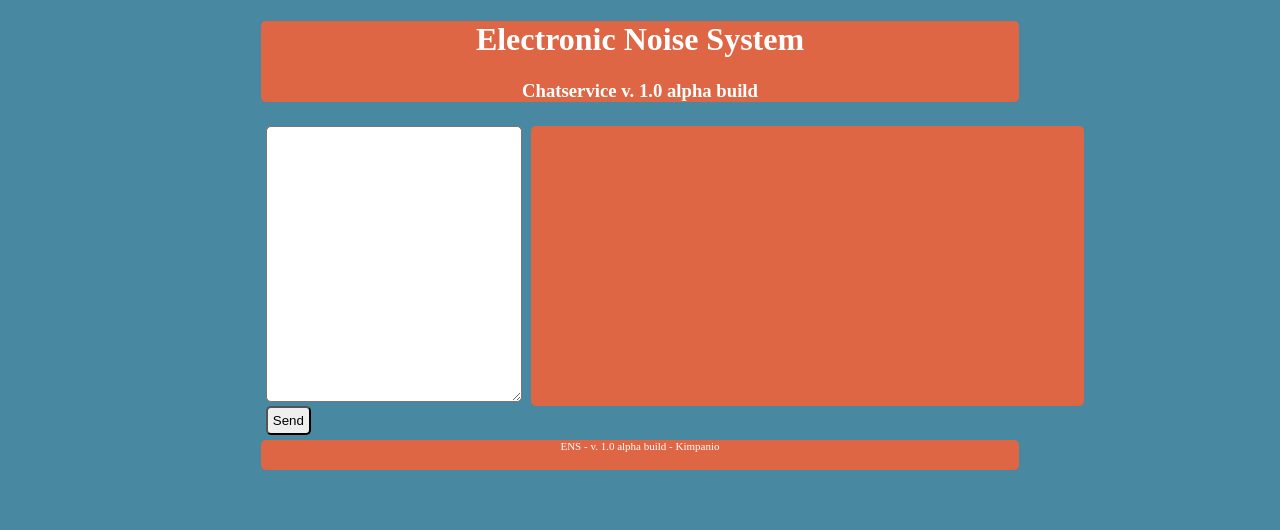
Repository: kn222gp/1dv403-laborationer
Page: 2-labbymezzage/index.html
The author's editor kept a record of every edit. The page is drawn from the files as they stood at one moment, then again after the next edit.
The browser window is 1280 px wide. The pictures show the whole page.

Above is the page before.

After the next edit:
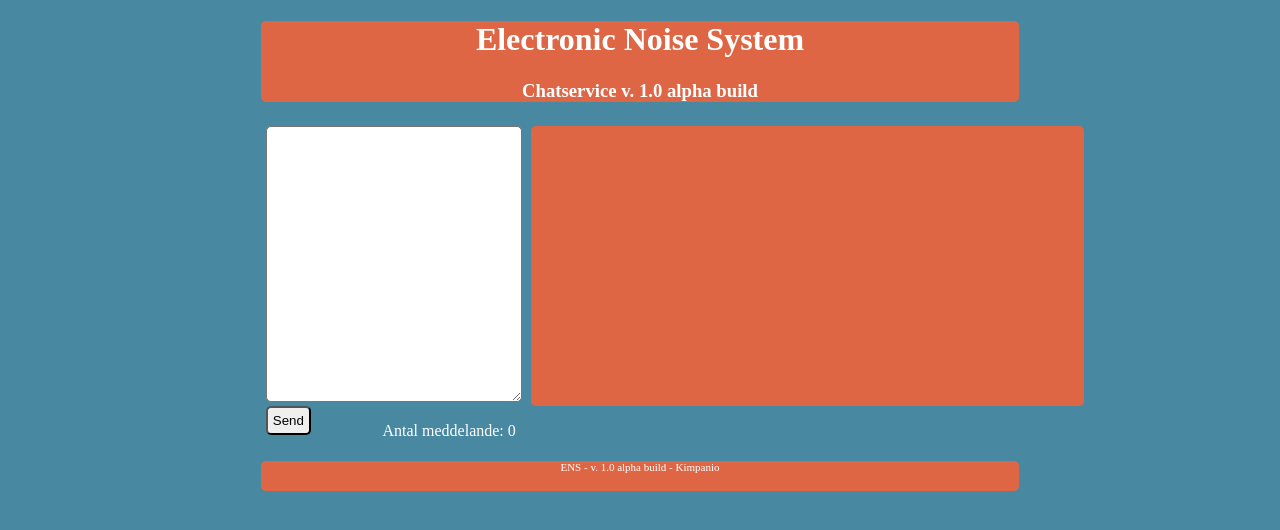
The edit:
--- a/2-labbymezzage/index.html
+++ b/2-labbymezzage/index.html
@@ -18,7 +18,9 @@
         <form>
             <textarea name="text" id="textarea" cols="30" rows="10"></textarea>
             <input type="submit" id="send" value="Send"/>
-
+            <div id="amountOf">
+                <p>Antal meddelande: 0</p>
+            </div>
         </form>
 
     </main>

After the 2 edits that followed:
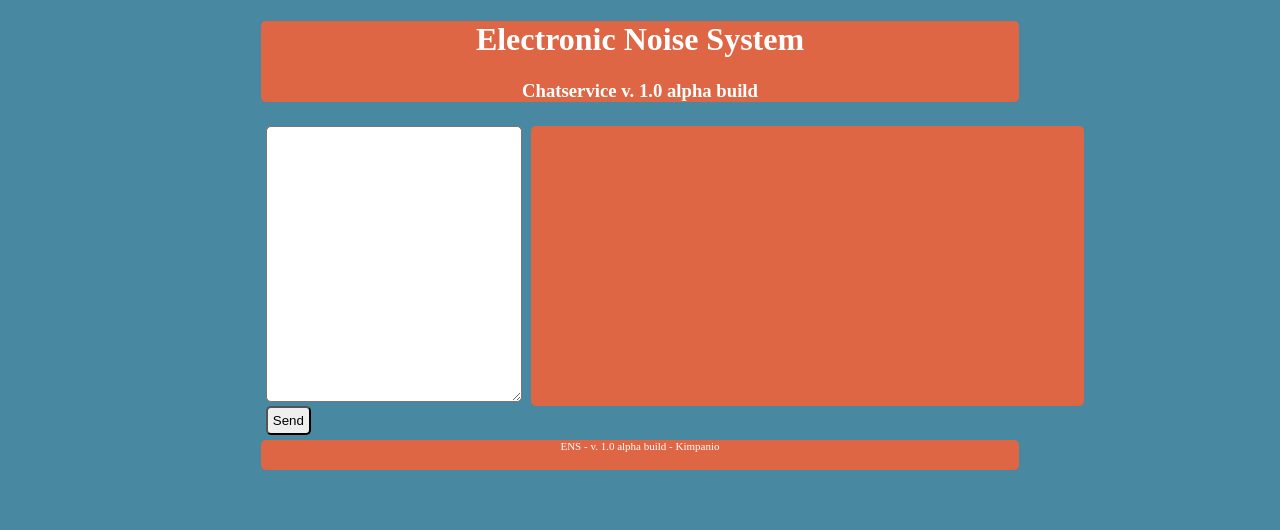
The 2 edits are shown as one change because 1 left the picture as it was.
The edit:
--- a/2-labbymezzage/index.html
+++ b/2-labbymezzage/index.html
@@ -19,13 +19,10 @@
             <textarea name="text" id="textarea" cols="30" rows="10"></textarea>
             <input type="submit" id="send" value="Send"/>
             <div id="amountOf">
-                <p>Antal meddelande: 0</p>
+
             </div>
         </form>
-
     </main>
-
-
 
     <div id="messageBox">
 
